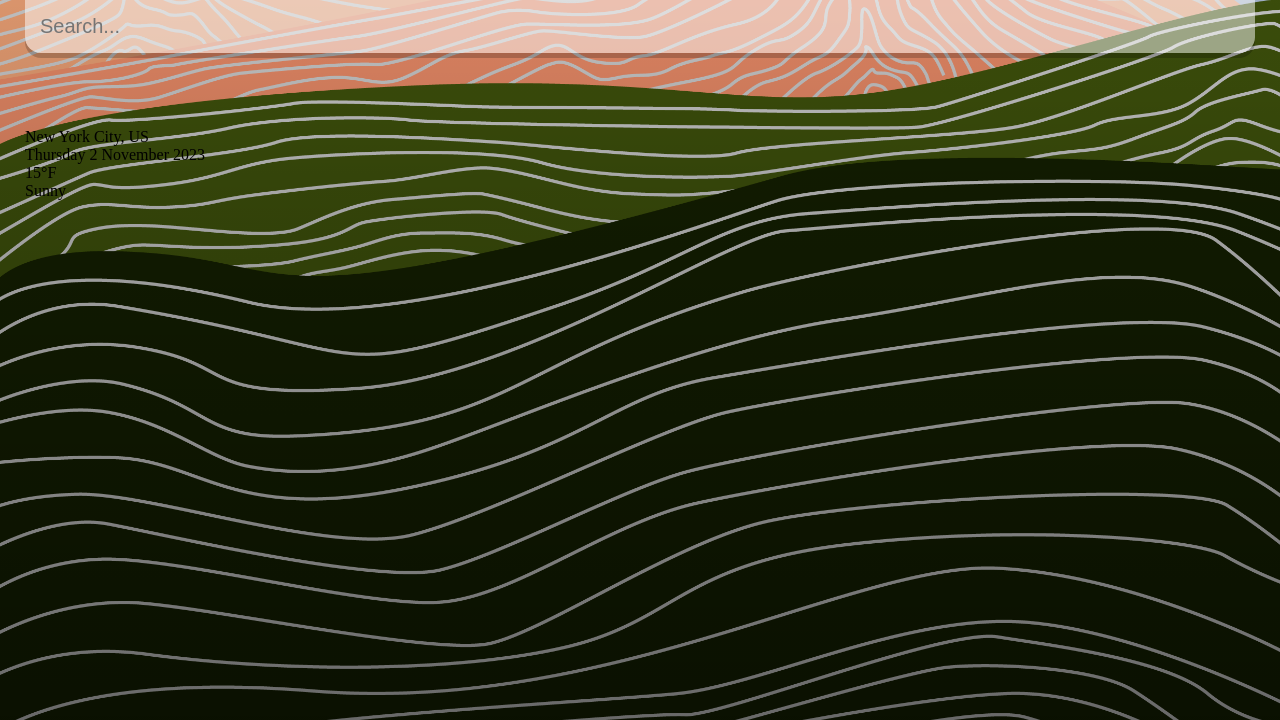
Repository: burntaftermint/weather
Page: /
The author's editor kept a copy of each file at every save. The page is drawn from the files as they stood at one save, then again after the next save.
The browser window is 1280 px wide. The pictures show the whole page.
The project was rebuilt for these pictures with package versions that can differ from the ones it lists, and the page was loaded fresh each time.

Above is the page before, as saved 2023-11-02 04:55:03.

After the next save:
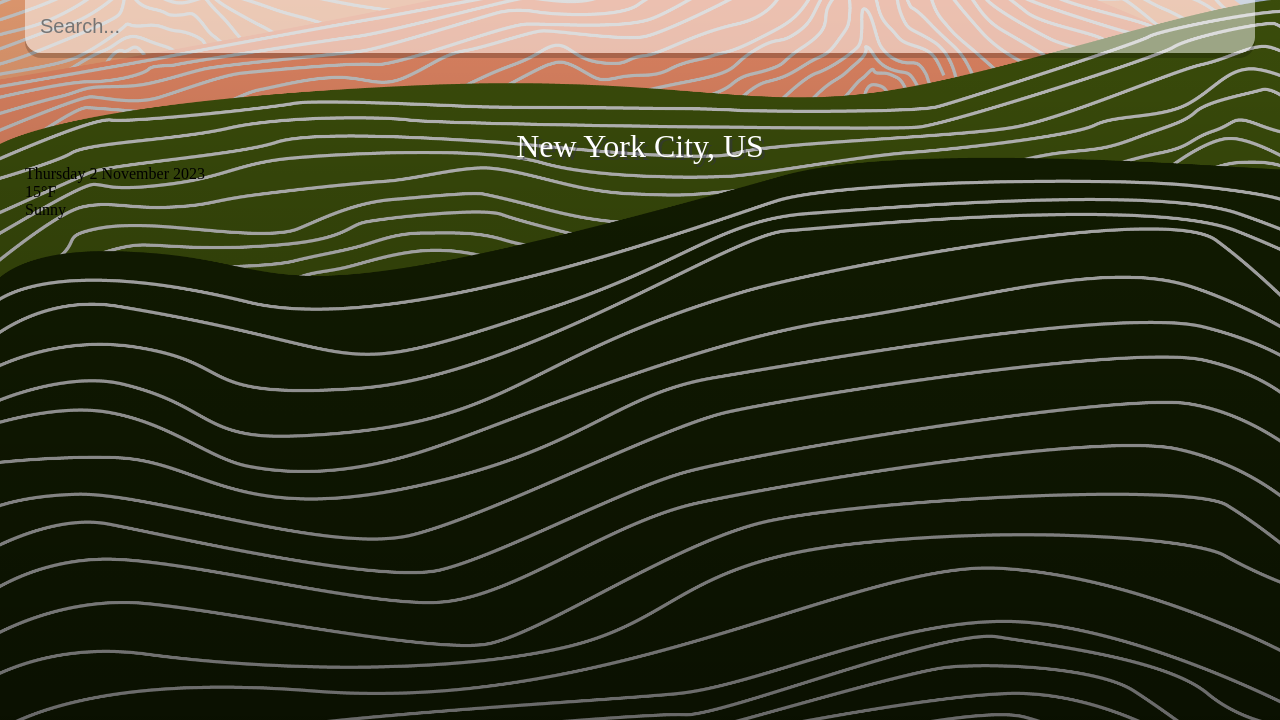
Saved 4 min 11 s later.
--- a/src/index.css
+++ b/src/index.css
@@ -56,3 +56,11 @@ main {
 .search-box .search-bar:focus {
   background-color: rgba(255, 255, 255, 0.75);
 }
+
+.location-box .location {
+  color: #FFF;
+  font-size: 32px;
+  font-weight: 500;
+  text-align: center;
+  text-shadow: 3px 3px rgba(50, 50, 70, 0.5);
+}
